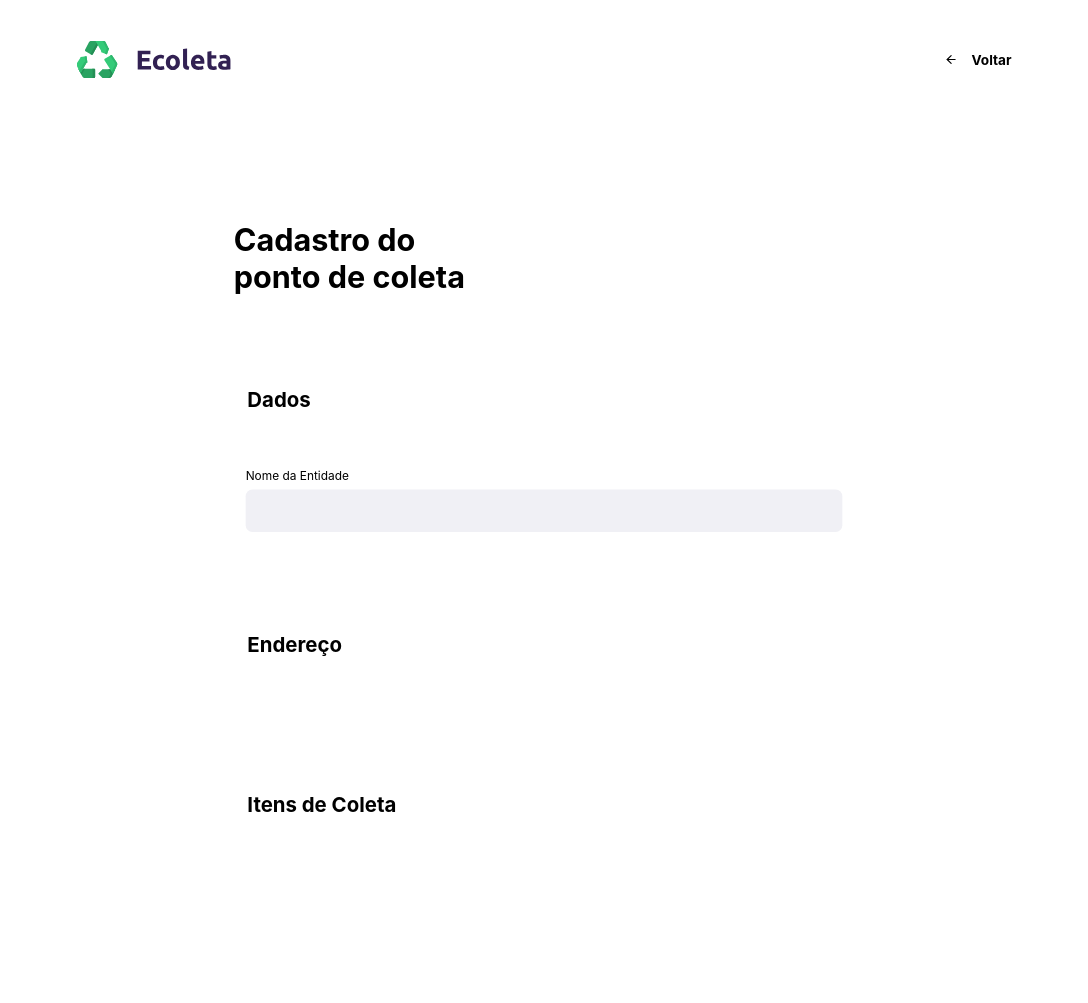
Repository: johnnedemoraesrocha/nlw-o1
Page: /create-point (app in web/)
An editor plug-in stored every save of this project. The page is shown before and after the next save, followed by the edit.
The browser window is 1280 px wide. The pictures show the whole page, at 85% of full size.
The project was rebuilt for these pictures with package versions that can differ from the ones it lists, and the page was loaded fresh each time. Also part of the build but not shown: web/src/App.css, web/src/pages/Home/Home.css, web/src/pages/Home/index.tsx.

Above is the page before, as saved 2020-06-03 22:43:37.

### web/public/index.html
<!DOCTYPE html>
<html lang="en">
  <head>
    <meta charset="utf-8" />
    <link rel="icon" href="%PUBLIC_URL%/favicon.ico" />
    <meta name="viewport" content="width=device-width, initial-scale=1" />
    <meta name="theme-color" content="#34CB79" />
    <meta
      name="description"
      content="Web site created using create-react-app"
    />
    <link rel="apple-touch-icon" href="%PUBLIC_URL%/logo192.png" />
    <!--
      manifest.json provides metadata used when your web app is installed on a
      user's mobile device or desktop. See https://developers.google.com/web/fundamentals/web-app-manifest/
    -->
    <!--<link rel="manifest" href="%PUBLIC_URL%/manifest.json" />-->
    <!--
      Notice the use of %PUBLIC_URL% in the tags above.
      It will be replaced with the URL of the `public` folder during the build.
      Only files inside the `public` folder can be referenced from the HTML.

      Unlike "/favicon.ico" or "favicon.ico", "%PUBLIC_URL%/favicon.ico" will
      work correctly both with client-side routing and a non-root public URL.
      Learn how to configure a non-root public URL by running `npm run build`.
    -->
    <title>Ecoleta</title>
  </head>
  <body>
    <noscript>You need to enable JavaScript to run this app.</noscript>
    <div id="root"></div>

  </body>
</html>

### web/src/App.tsx
import React, { useState } from 'react';
//import ReactDOM from 'react-dom';
import logo from './logo.svg';
import './App.css';

//import Header from './Header';
import Routes from './routes';

function App() {

  return (
    <div>
      <Routes  />
    </div>
  );
}

export default App;

### web/src/routes.tsx
import React from 'react';
import { Route, BrowserRouter } from 'react-router-dom';

import Home from './pages/Home';
import CreatePoint from './pages/CreatePoint';

const Routes = () => {
    return (
        <BrowserRouter>
            <Route component={Home} path="/" exact/>
            <Route component={CreatePoint} path="/create-point"/>
        </BrowserRouter>
    )
}
export default Routes;

### web/src/pages/CreatePoint/index.tsx
import React from 'react';
import { Link } from 'react-router-dom';
import { FiArrowLeft } from 'react-icons/fi';

import './CreatePoint.css';

import logo from '../../assets/logo.svg';

const CreatePoint = () => {
    return (
        <div id="page-create-point">
            <header>
                <img src={logo} alt="Ecoleta"></img>
                <Link to="/">
                    <FiArrowLeft />
                    Voltar
                </Link>
            </header>

            <form>
                <h1>Cadastro do <br/> ponto de coleta</h1>

                <fieldset>
                    <legend>
                        <h2>Dados</h2>
                    </legend>

                    <div className="field">
                        <label htmlFor="name">Nome da Entidade</label>
                        <input type="text" name="name" id="name" />
                    </div>
                </fieldset>

                <fieldset>
                    <legend>
                        <h2>Endereço</h2>
                    </legend>
                </fieldset>

                <fieldset>
                    <legend>
                        <h2>Itens de Coleta</h2>
                    </legend>
                </fieldset>
            </form>

        </div>
    )
}

export default CreatePoint;

### web/src/pages/CreatePoint/CreatePoint.css
#page-create-point {
  width: 100%;
  max-width: 1100px;

  margin: 0 auto;
}

#page-create-point header {
  margin-top: 48px;

  display: flex;
  justify-content: space-between;
  align-items: center;
}

#page-create-point header a {
  color: var(--title-color);
  font-weight: bold;
  text-decoration: none;

  display: flex;
  align-items: center;
}

#page-create-point header a svg {
  margin-right: 16px;
  color: var(--primary-color);
}

#page-create-point form {
  margin: 80px auto;
  padding: 64px;
  max-width: 730px;
  background: #FFF;
  border-radius: 8px;

  display: flex;
  flex-direction: column;
}

#page-create-point form h1 {
  font-size: 36px;
}

#page-create-point form fieldset {
  margin-top: 64px;
  min-inline-size: auto;
  border: 0;
}

#page-create-point form legend {
  width: 100%;
  display: flex;
  justify-content: space-between;
  align-items: center;
  margin-bottom: 40px;
}

#page-create-point form legend h2 {
  font-size: 24px;
}

#page-create-point form legend span {
  font-size: 14px;
  font-weight: normal;
  color: var(--text-color);
}

#page-create-point form .field-group {
  flex: 1;
  display: flex;
}

#page-create-point form .field {
  flex: 1;

  display: flex;
  flex-direction: column;
  margin-bottom: 24px;
}

#page-create-point form .field input[type=text],
#page-create-point form .field input[type=email],
#page-create-point form .field input[type=number] {
  flex: 1;
  background: #F0F0F5;
  border-radius: 8px;
  border: 0;
  padding: 16px 24px;
  font-size: 16px;
  color: #6C6C80;
}

#page-create-point form .field select {
  -webkit-appearance: none;
  -moz-appearance: none;
  appearance: none;
  flex: 1;
  background: #F0F0F5;
  border-radius: 8px;
  border: 0;
  padding: 16px 24px;
  font-size: 16px;
  color: #6C6C80;
}

#page-create-point form .field input::placeholder {
  color: #A0A0B2;
}

#page-create-point form .field label {
  font-size: 14px;
  margin-bottom: 8px;
}

#page-create-point form .field :disabled {
  cursor: not-allowed;
}

#page-create-point form .field-group .field + .field {
  margin-left: 24px;
}

#page-create-point form .field-group input + input {
  margin-left: 24px;
}

#page-create-point form .field-check {
  flex-direction: row;
  align-items: center;
}

#page-create-point form .field-check input[type=checkbox] {
  background: #F0F0F5;
}

#page-create-point form .field-check label {
  margin: 0 0 0 8px;
}

#page-create-point form .leaflet-container {
  width: 100%;
  height: 350px;
  border-radius: 8px;
  margin-bottom: 24px;
}

#page-create-point form button {
  width: 260px;
  height: 56px;
  background: var(--primary-color);
  border-radius: 8px;
  color: #FFF;
  font-weight: bold;
  font-size: 16px;
  border: 0;
  align-self: flex-end;
  margin-top: 40px;
  transition: background-color 0.2s;
  cursor: pointer;
}

#page-create-point form button:hover {
  background: #2FB86E;
}

.items-grid {
  display: grid;
  grid-template-columns: repeat(3, 1fr);
  gap: 16px;
  list-style: none;
}

.items-grid li {
  background: #f5f5f5;
  border: 2px solid #f5f5f5;
  height: 180px;
  border-radius: 8px;
  padding: 32px 24px 16px;

  display: flex;
  flex-direction: column;
  justify-content: space-between;
  align-items: center;

  text-align: center;

  cursor: pointer;
}

.items-grid li span {
  flex: 1;
  margin-top: 12px;

  display: flex;
  align-items: center;
  color: var(--title-color)
}

.items-grid li.selected {
  background: #E1FAEC;
  border: 2px solid #34CB79;
}

Loaded but not shown: web/src/index.tsx (common file); web/src/index.css (common file)

After the next save:
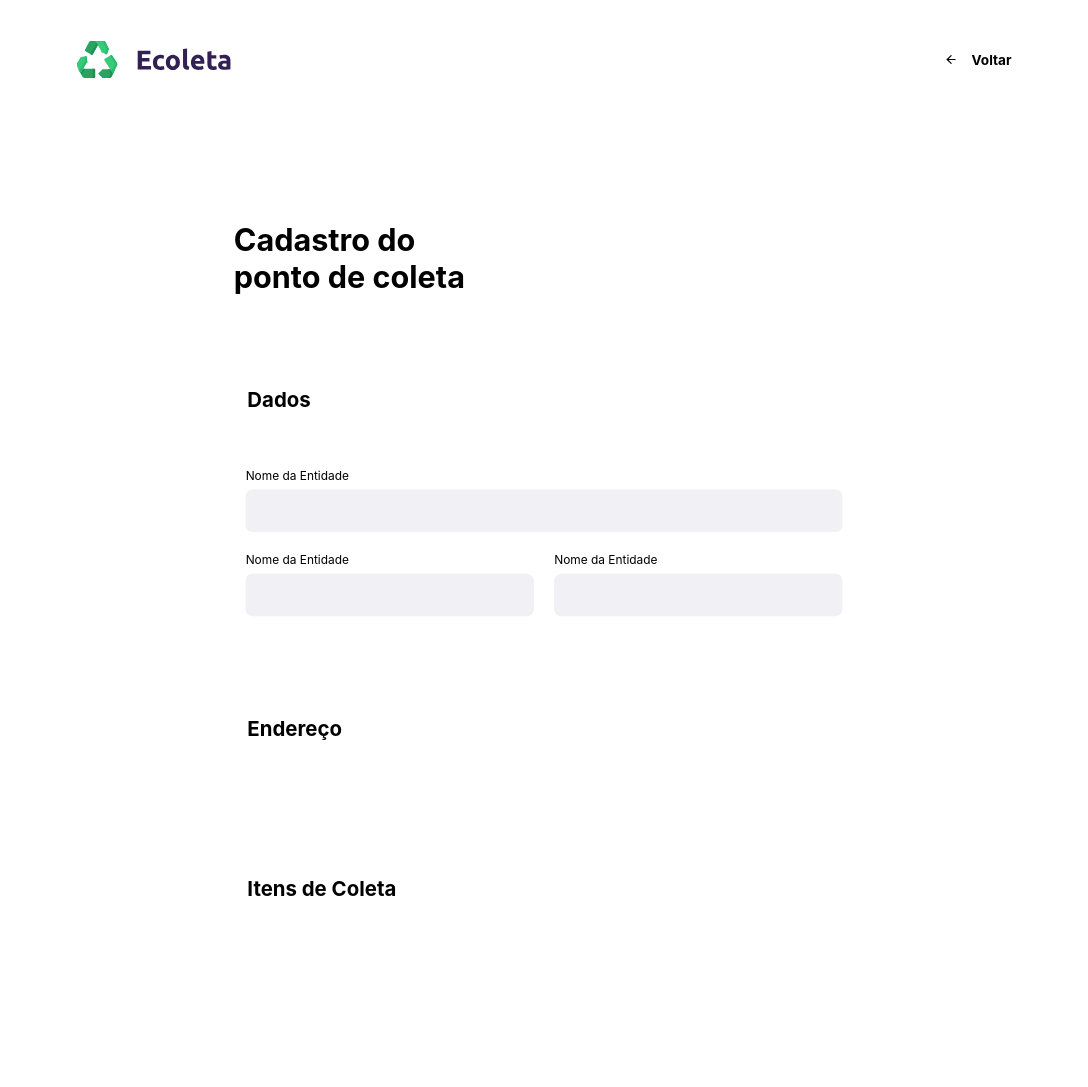
Saved 59 s later.
--- a/web/src/pages/CreatePoint/index.tsx
+++ b/web/src/pages/CreatePoint/index.tsx
@@ -29,6 +29,20 @@ const CreatePoint = () => {
                         <label htmlFor="name">Nome da Entidade</label>
                         <input type="text" name="name" id="name" />
                     </div>
+
+                    <div className="field-group">
+
+                        <div className="field">
+                            <label htmlFor="name">Nome da Entidade</label>
+                            <input type="text" name="name" id="name" />
+                        </div>
+
+                        <div className="field">
+                            <label htmlFor="name">Nome da Entidade</label>
+                            <input type="text" name="name" id="name" />
+                        </div>
+
+                    </div>
                 </fieldset>
 
                 <fieldset>
